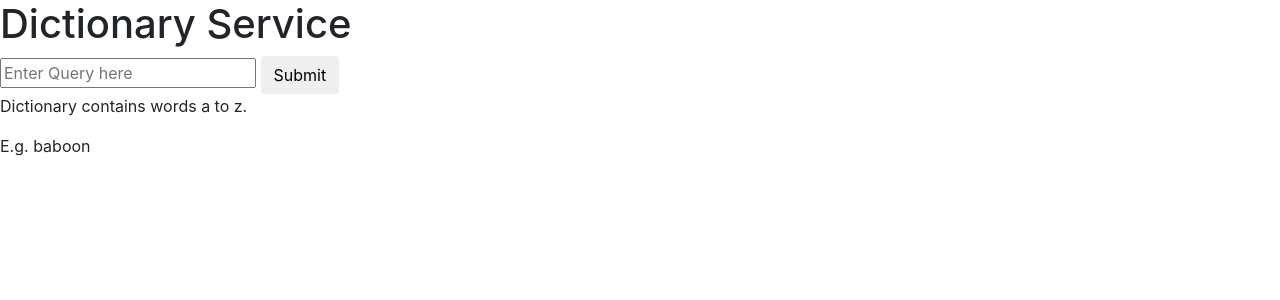
Repository: IanBurke1/AsyncRMI_DictionaryService
Page: http://localhost/AsyncRMI_DictionaryService/index.jsp
An editor plug-in stored every save of this project. The page is shown before and after the next save, followed by the edit.
The browser window is 1280 px wide. The pictures show the whole page.
The page is served by Tomcat 9. Nobody is signed in. The application's start-up code is not run. Other server files are loaded and not shown.

Above is the page before, as saved 2017-12-22 19:34:30.

### AsyncRMI_DictionaryService/WebContent/index.jsp
<%@ page language="java" contentType="text/html; charset=ISO-8859-1"
    pageEncoding="ISO-8859-1"%>
<!DOCTYPE html PUBLIC "-//W3C//DTD HTML 4.01 Transitional//EN" "http://www.w3.org/TR/html4/loose.dtd">
<html>
<head>
<meta http-equiv="Content-Type" content="text/html; charset=ISO-8859-1">
<title>Dictionary LookUp</title>
<!-- Bootstrap CSS -->
<link rel="stylesheet" href="https://maxcdn.bootstrapcdn.com/bootstrap/4.0.0-beta.2/css/bootstrap.min.css" integrity="sha384-PsH8R72JQ3SOdhVi3uxftmaW6Vc51MKb0q5P2rRUpPvrszuE4W1povHYgTpBfshb" crossorigin="anonymous">
</head>
<body>
<h1>Dictionary Service</h1>
<form action="DictionaryServlet" method="post">

    <input name="query" placeholder="Enter Query here">
  <button type="submit" class="btn btn-default">Submit</button>
</form>
<p> Dictionary contains words a to z.</p>
<p>E.g. baboon </p>
</body>
</html>

After the next save:
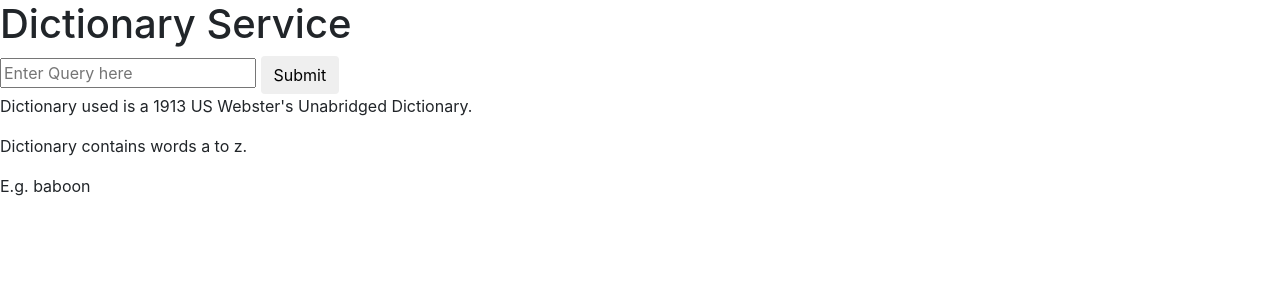
Saved 3 min 19 s later.
--- a/AsyncRMI_DictionaryService/WebContent/index.jsp
+++ b/AsyncRMI_DictionaryService/WebContent/index.jsp
@@ -15,6 +15,7 @@
     <input name="query" placeholder="Enter Query here">
   <button type="submit" class="btn btn-default">Submit</button>
 </form>
+<p>Dictionary used is a 1913 US Webster's Unabridged Dictionary. </p>
 <p> Dictionary contains words a to z.</p>
 <p>E.g. baboon </p>
 </body>
